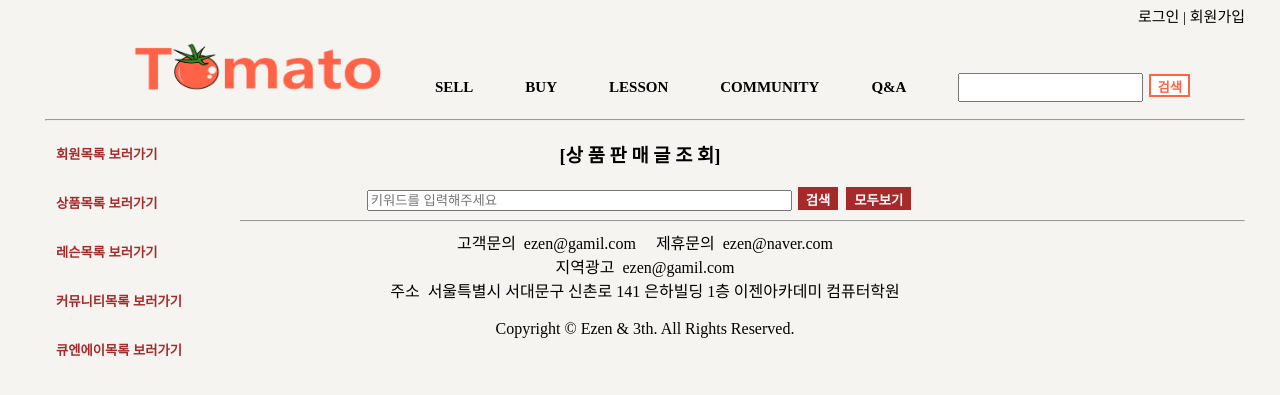
Repository: javadogfoot/semi-project
Page: http://localhost/tomato/admin/buyList_admin.jsp
An editor plug-in stored every save of this project. The page is shown before and after the next save, followed by the edit.
The browser window is 1280 px wide. The pictures show the whole page.
The page is served by Tomcat 9.

Above is the page before, as saved 2021-10-18 17:52:54.

After the next save:
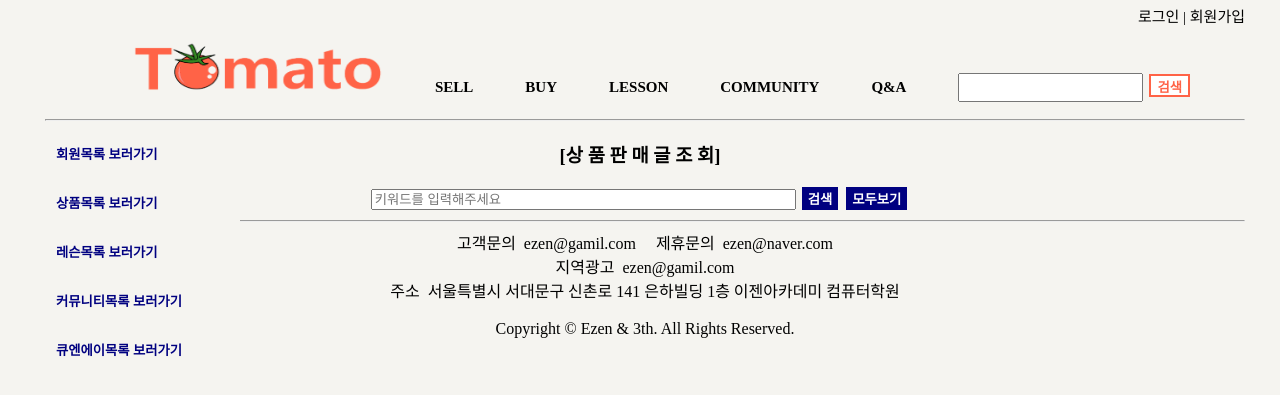
Saved 15 s later.
--- a/semi프로젝트워크스페이스/tomato/src/main/webapp/admin/buyList_admin.jsp
+++ b/semi프로젝트워크스페이스/tomato/src/main/webapp/admin/buyList_admin.jsp
@@ -9,18 +9,16 @@
 <link rel="stylesheet" type="text/css" href="/tomato/css/mainLayout.css">
 <style>
 #joinbtn1{
-   background-color: brown;
+   background-color: navy;
    color: white;
    font-weight: bold;
    height:23px;
    border: none;
    margin:2px;
-   border: 2px solid brown;
 }
 #joinbtn1:hover{
-
    background: #f5f4f0;
-   color: brown;
+   color: navy;
    font-weight: bold;
    height:23px;
    border: none;
@@ -38,7 +36,7 @@ background: #f5f4f0;
 padding: 15px 16px 15px 16px;
 text-decoration: none;
 font-size: 10pt;
-color: brown;
+color: navy;
 display: block;
 border: 1px bold tomato;
 }
@@ -67,11 +65,6 @@ fieldset{
    width: 700px;
    text-align: center;
 }
-.table{
-   width: 750px;
-   margin: 0px auto;
-   padding:15px;
-   }
 </style>
 <script>
 function showListAll(){
